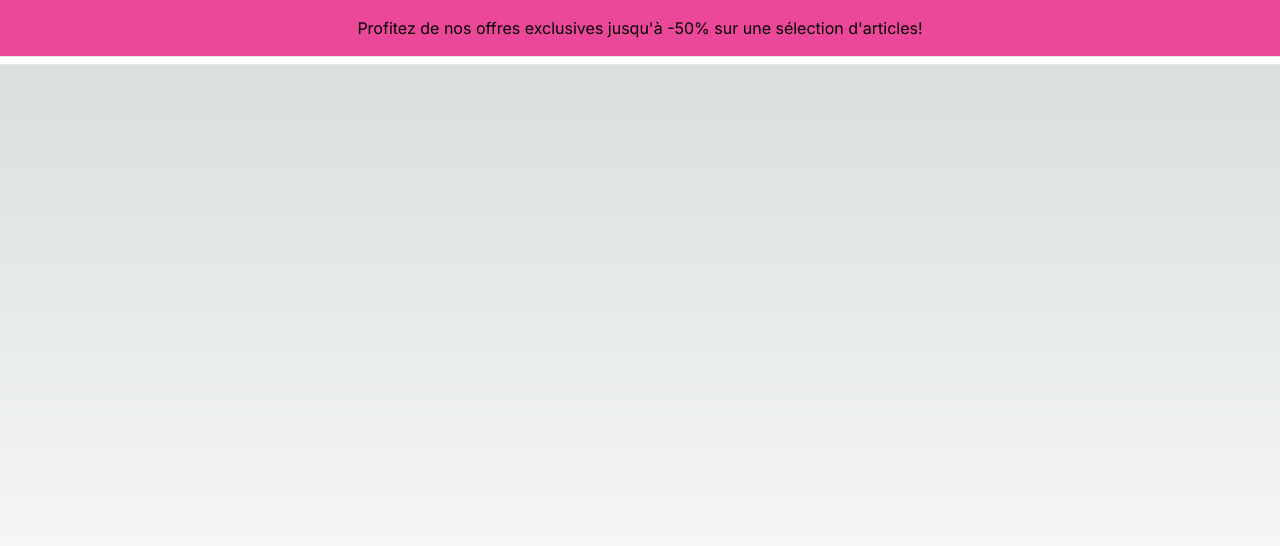
Repository: SDlevelUp/e-shop
Page: /
An editor plug-in stored every save of this project. The page is shown before and after the next save, followed by the edit.
The browser window is 1280 px wide. The pictures show the whole page.
The project was rebuilt for these pictures with package versions that can differ from the ones it lists, and the page was loaded fresh each time. The framework's server and built-in components were replaced by stand-ins that run in the browser. Also part of the build but not shown: next.config.js.

Above is the page before, as saved 2023-08-29 09:06:01.

### src/app/layout.js
import './globals.css'
import { Inter } from 'next/font/google';
import Navbar from '@/components/Navbar/Navbar';
import GlobalState from '@/context';
const inter = Inter({ subsets: ['latin'] })

export const metadata = {
  title: 'E-Shop, votre boutique en ligne',
  description: 'Generated by create next app',
};

export default function RootLayout({ children }) {
  return (
    <html lang="en">
      <head>
        <meta charSet="UTF-8" />
        <meta name="viewport" content="width=device-width, initial-scale=1.0" />
        <title>{metadata.title}</title>
        <meta name="description" content={metadata.description} />
      </head>
      <body className={inter.className}>
        <GlobalState>
          <Navbar />
          <main>{children}</main>
        </GlobalState>
      </body>
    </html>
  )
}

### src/app/page.js
import React from 'react';

function Home() {
  return (
    <main className="flex min-h-screen flex-col items-center justify-between p-24">
      <div>

      </div>
    </main>
  );
}

export default Home;

### src/components/Navbar/Navbar.jsx
"use client";

export default function Navbar() {
    return (
        <>


            <nav className="bg-white fixed z-40 w-full top-0 left-0 border-b border-gray-200 h48">

                <header className="bg-pink-500 z-50 fixed w-full top-0 left-0 border-b border-gray-200 ">
                    <div className="max-w-screen-xl flex flex-wrap align-center justify-center mx-auto p-4">
                        <div className="flex items-center cursor-pointer">
                            <span className="items-center justify-center">
                                Profitez de nos offres exclusives jusqu'à -50% sur une sélection d'articles!
                            </span>
                        </div>

                    </div>
                </header >

                <div className="max-w-screen-xl flex flex-wrap items-center justify-between mx-auto p-4">
                    <div className="flex items-center cursor-pointer">
                        <span className="self-center text-2xl font-semibold whitespace-nowrap">
                            E-Shop
                        </span>
                    </div>
                    <div className="flex md:order-2"></div>
                </div>
            </nav >
        </>
    );
}

### src/context/index.js
"use client";

import { createContext } from 'react';

export const GlobalContext = createContext(null);

export default function GlobalState({ children }) {
    return (
        <GlobalContext.Provider value={{}}>{children}</GlobalContext.Provider>
    )
}

Loaded but not shown: src/app/globals.css (common file); tailwind.config.js (common file)

After the next save:
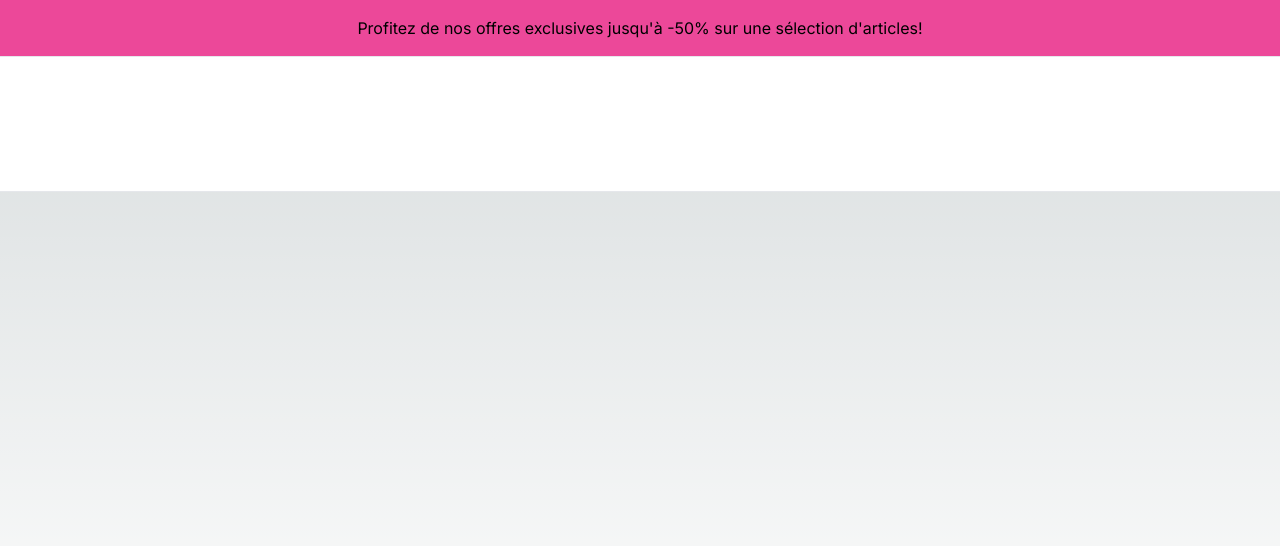
Saved 5 s later.
--- a/src/components/Navbar/Navbar.jsx
+++ b/src/components/Navbar/Navbar.jsx
@@ -5,7 +5,7 @@ export default function Navbar() {
         <>
 
 
-            <nav className="bg-white fixed z-40 w-full top-0 left-0 border-b border-gray-200 h48">
+            <nav className="bg-white fixed z-40 w-full top-0 left-0 border-b border-gray-200 h-48">
 
                 <header className="bg-pink-500 z-50 fixed w-full top-0 left-0 border-b border-gray-200 ">
                     <div className="max-w-screen-xl flex flex-wrap align-center justify-center mx-auto p-4">
